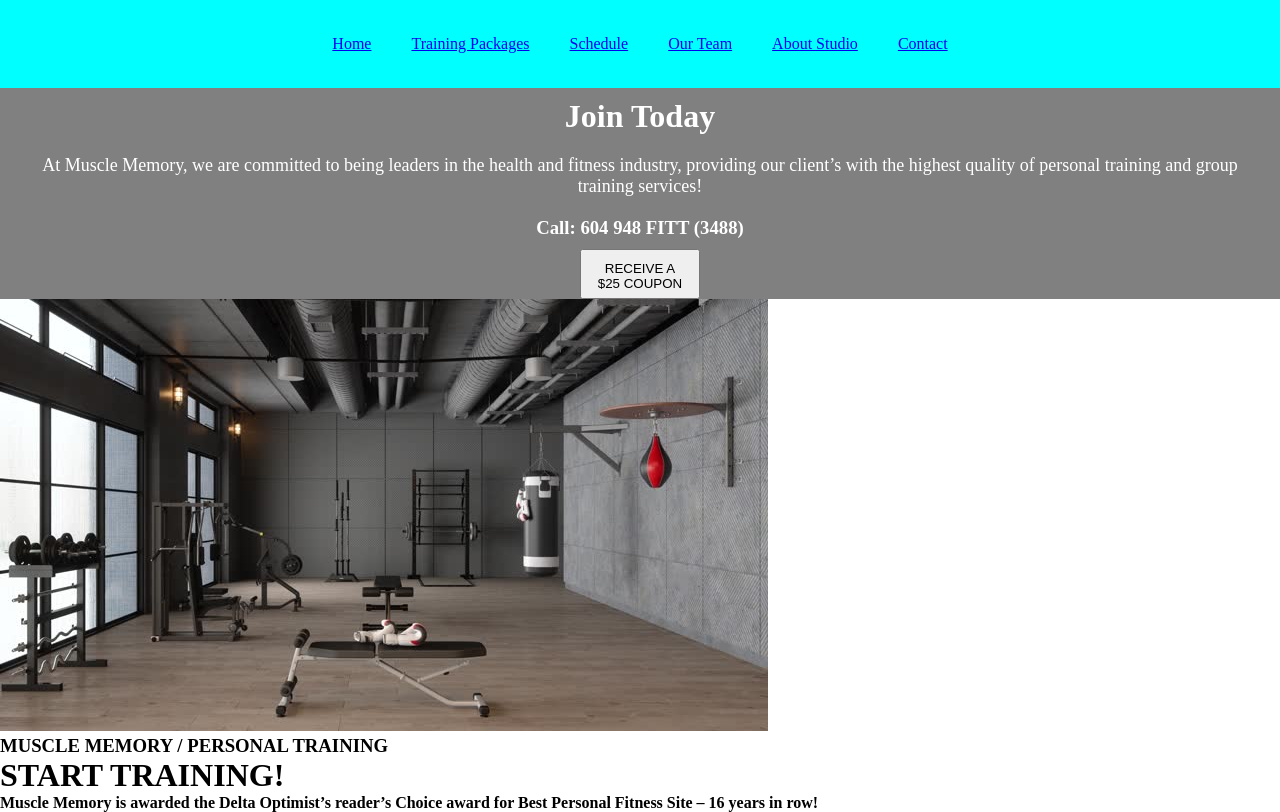
Repository: MujtabaHabib/muscle-memory-website
Page: index.html
The author's editor kept a copy of each file at every save. The page is drawn from the files as they stood at one save, then again after a run of saves.
The browser window is 1280 px wide. The pictures show the whole page.

Above is the page before, as saved 2026-01-27 02:41:03.

### index.html
<!DOCTYPE html>
<html lang="en">

<head>
    <meta charset="UTF-8">
    <meta name="viewport" content="width=device-width, initial-scale=1.0">
    <title>Muscle Memory</title>
    <link rel="stylesheet" href="style.css">
</head>

<body>
    <div class="container">
        <nav class="nav">
            <ul class="list">
                <li><a href="#">Home</a></li>
                <li><a href="#">Training Packages</a></li>
                <li><a href="#">Schedule</a></li>
                <li><a href="#">Our Team</a></li>
                <li><a href="#">About Studio</a></li>
                <li><a href="#">Contact</a></li>
            </ul>
        </nav>
        <div class="details">
            <h1>Join Today</h1>
            <p>At Muscle Memory, we are committed to being leaders in the health and fitness industry,
                providing our client’s with the highest quality of personal training and group training
                services!</p>

            <h3>Call: 604 948 FITT (3488)</h3>
            <button>RECEIVE A $25 COUPON</button>
        </div>
        <div>
            <div class="gym">
                <img src="gym.jpg" alt="gym">
            </div>
            <div>
                <h3>MUSCLE MEMORY / PERSONAL TRAINING</h3>
                <h1>START TRAINING!</h1>
                <h4>Muscle Memory is awarded the Delta Optimist’s
                    reader’s Choice award for Best Personal
                    Fitness Site – 16 years in row!</h4>
            </div>
        </div>
    </div>

</body>

</html>

### style.css
* {
    margin: 0;
    padding: 0;

}

/* .container{
    background-image: url(gym.jpg);
    background-repeat: no-repeat;
    background-size: cover;
    height: 100vh;
} */

.list {
    display: flex;
    color: white;
    padding: 15px;
    justify-content: center;
    align-items: center;
    background-color: cyan;
    margin: 0px;
}

.list li {
    padding: 20px;
    list-style-type: none;

}

/* .card{
    display: flex;
    width: fit-content;
    height: 400%;
    width: 100%;
} */

.details {
    text-align: center;
    background-color: gray;
    color: white;


}

.details button {
    height: 50px;
    width: 120px;

}

.details h1 ,
.details h3,
.details p,
.details button {
    padding: 10px 15px 10px;
}
.details p{
    font-size: 18px;
}

After the next 6 saves:
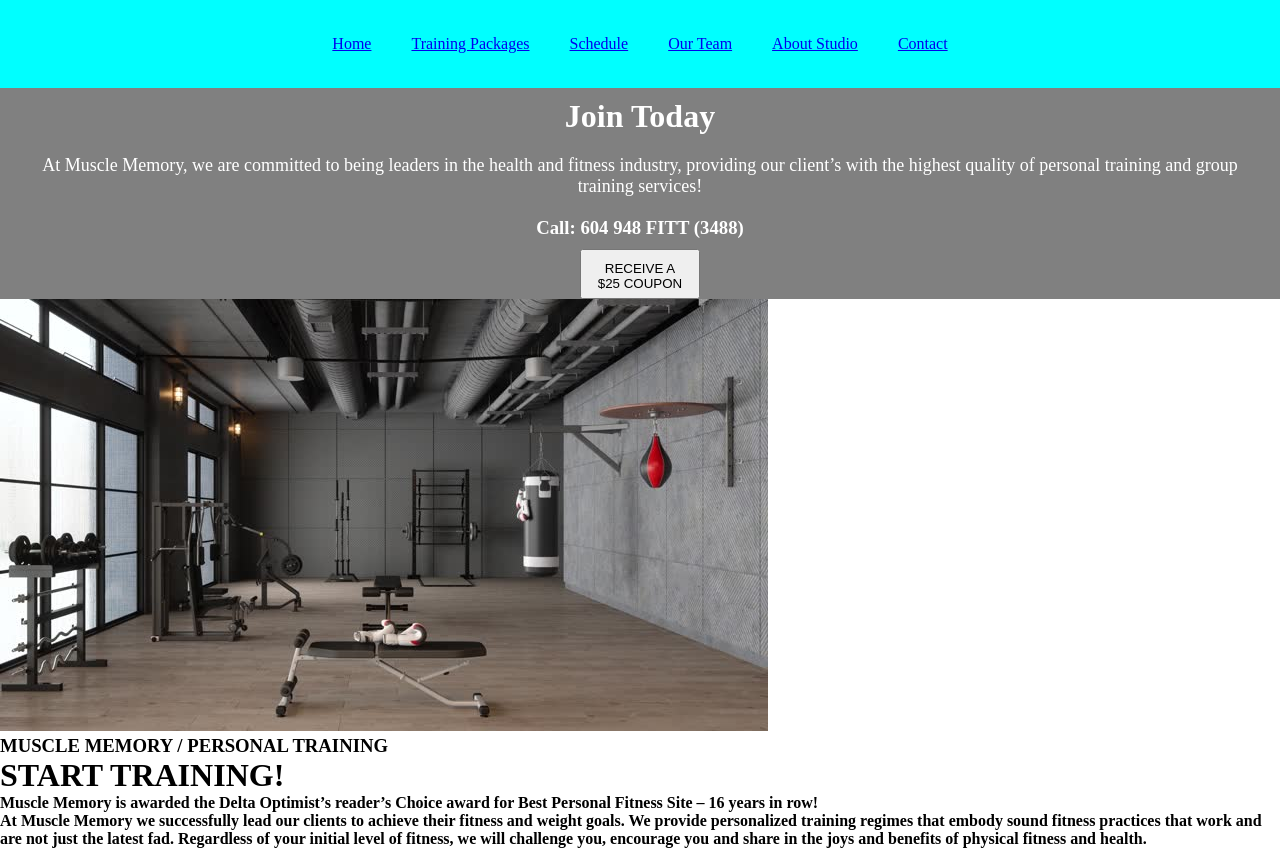
The 6 saves are shown as one change because they came seconds apart.
The last was saved 2 min 13 s later.
--- a/index.html
+++ b/index.html
@@ -39,6 +39,10 @@
                 <h4>Muscle Memory is awarded the Delta Optimist’s
                     reader’s Choice award for Best Personal
                     Fitness Site – 16 years in row!</h4>
+                <h4>At Muscle Memory we successfully lead our clients to achieve their fitness and weight goals. We
+                    provide personalized training regimes that embody sound fitness practices that work and are not just
+                    the latest fad. Regardless of your initial level of fitness, we will challenge you, encourage you
+                    and share in the joys and benefits of physical fitness and health.</h4>
             </div>
         </div>
     </div>
